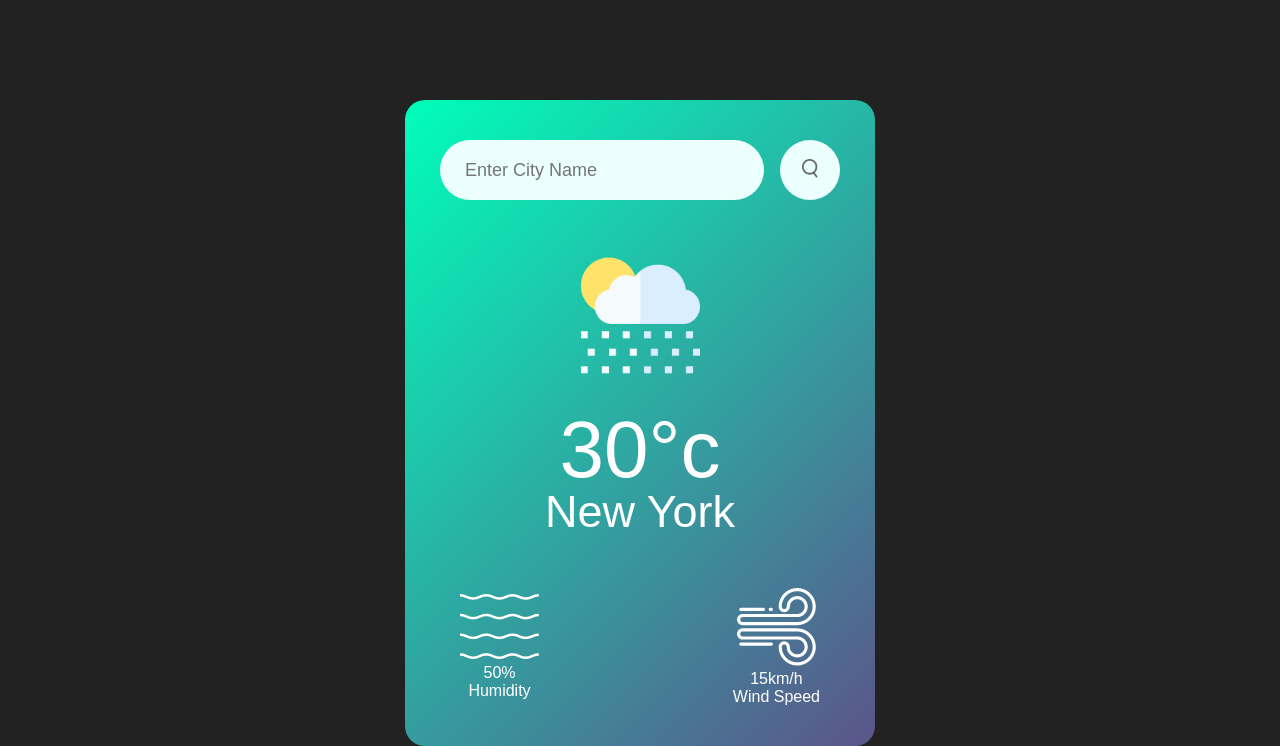
Repository: dubeprince/WeatherApp-Project
Page: WeatherApp/index.html
The author's editor kept a copy of each file at every save. The page is drawn from the files as they stood at one save, then again after the next save.
The browser window is 1280 px wide. The pictures show the whole page.

Above is the page before, as saved 2023-05-26 11:19:31.

After the next save:
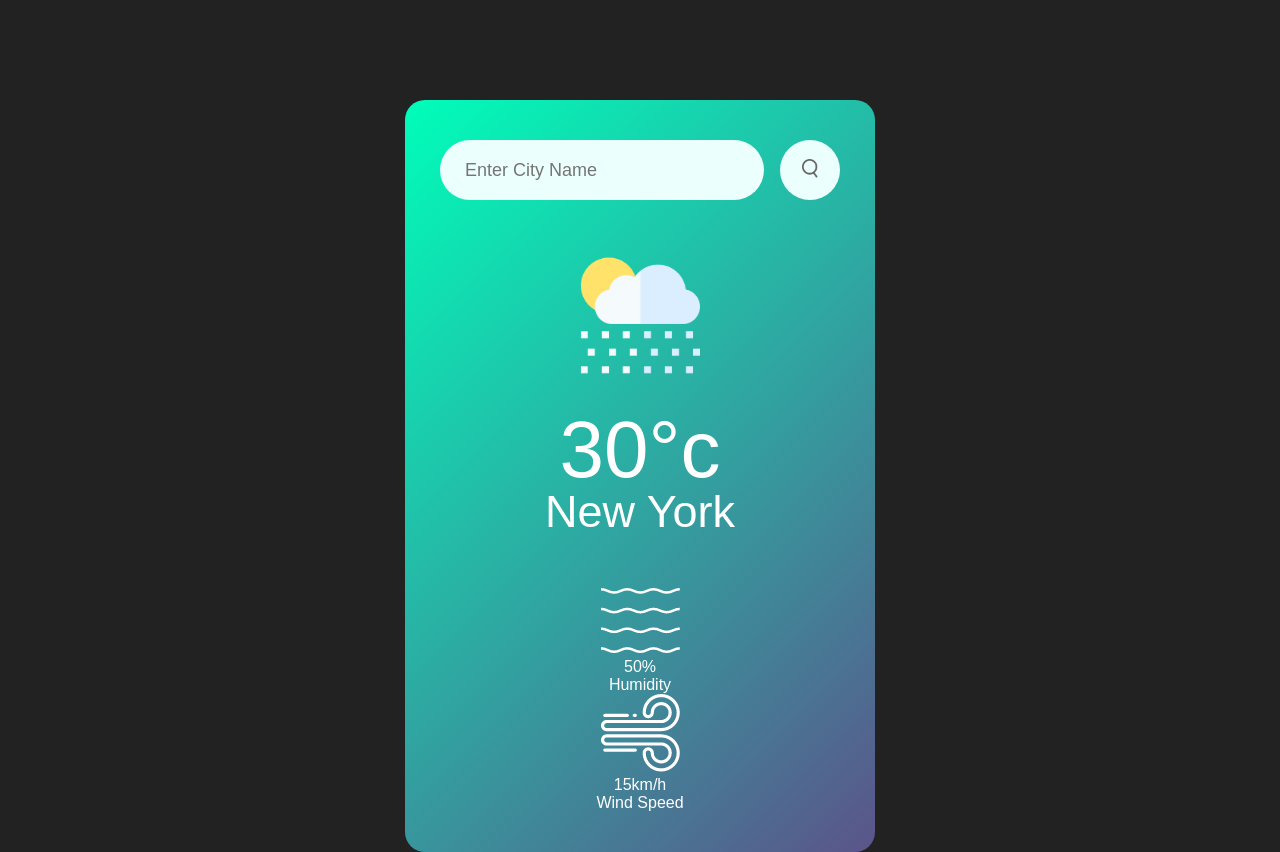
Saved 75 s later.
--- a/WeatherApp/style.css
+++ b/WeatherApp/style.css
@@ -65,7 +65,7 @@
     margin-top: -10px;
 }
 .details{
-    display: flex;
+
     align-items: center;
     justify-content: space-between;
     padding: 0 20px;

After the save that followed:
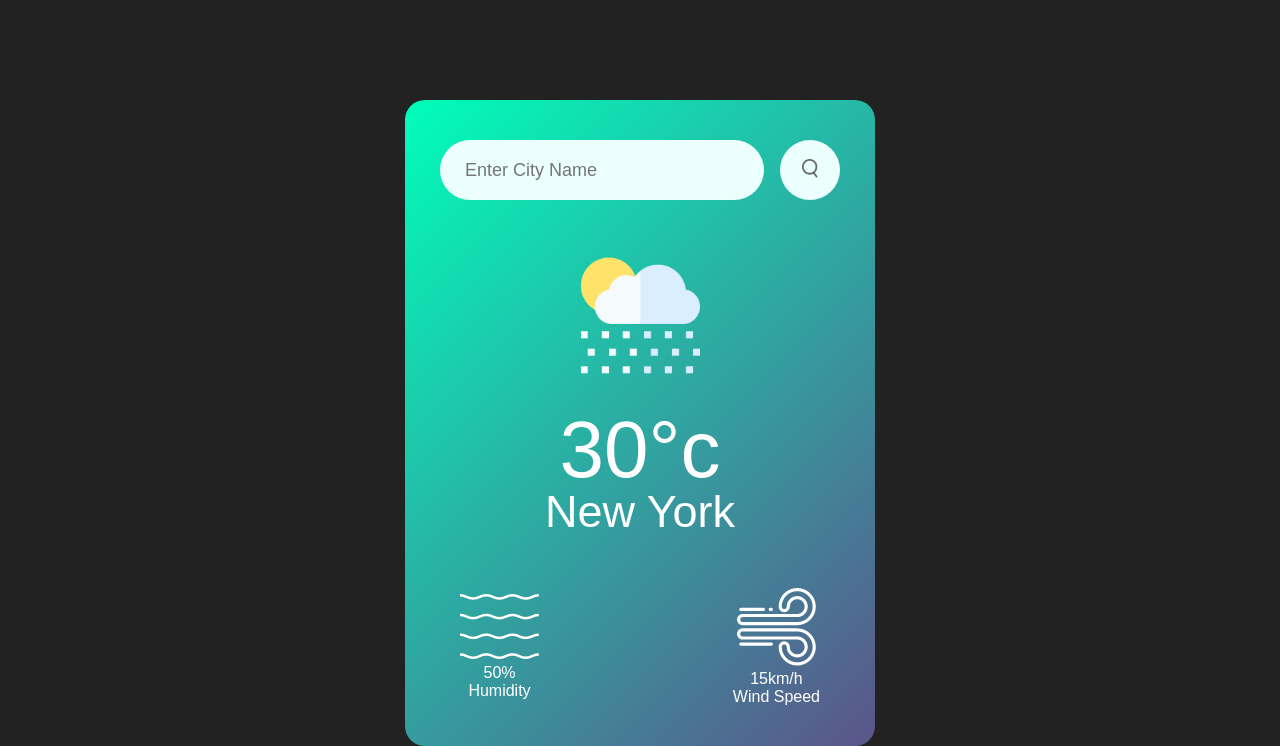
Saved 10 s later.
--- a/WeatherApp/style.css
+++ b/WeatherApp/style.css
@@ -65,7 +65,7 @@
     margin-top: -10px;
 }
 .details{
-
+    display: flex;
     align-items: center;
     justify-content: space-between;
     padding: 0 20px;
